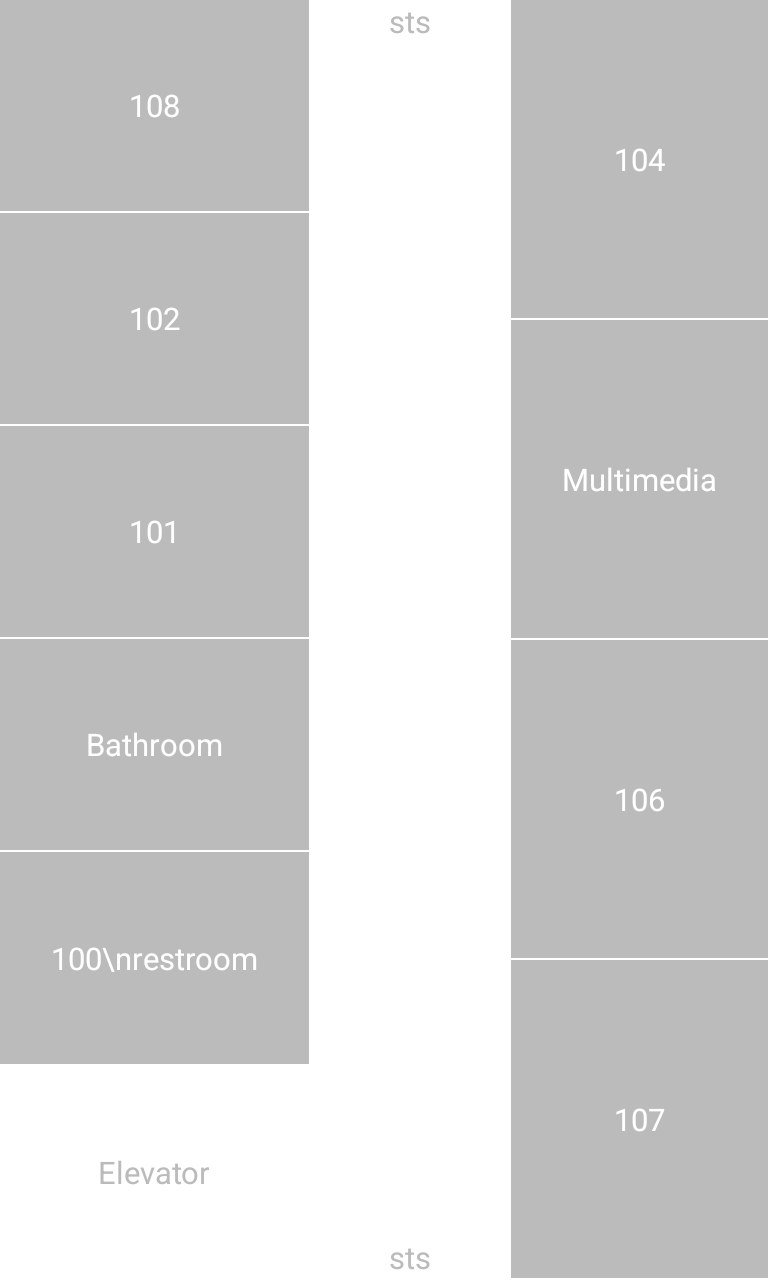
Repository: Choi-HyunWoo/Baddest
Layout: WorkOn_SELLA/workspace/BaddestHansung/res/layout/campus_gonghaka.xml
These files come from the project's save history. The layout is drawn as it stood at one moment and after the next save; the edit follows.
It is drawn on a 768 x 1280 px phone screen (xhdpi) without system bars, with theme android:Theme.Light.NoTitleBar; the app's code is not run.

Above is the layout before, as saved 2014-05-29 12:04:09.

After the next save:
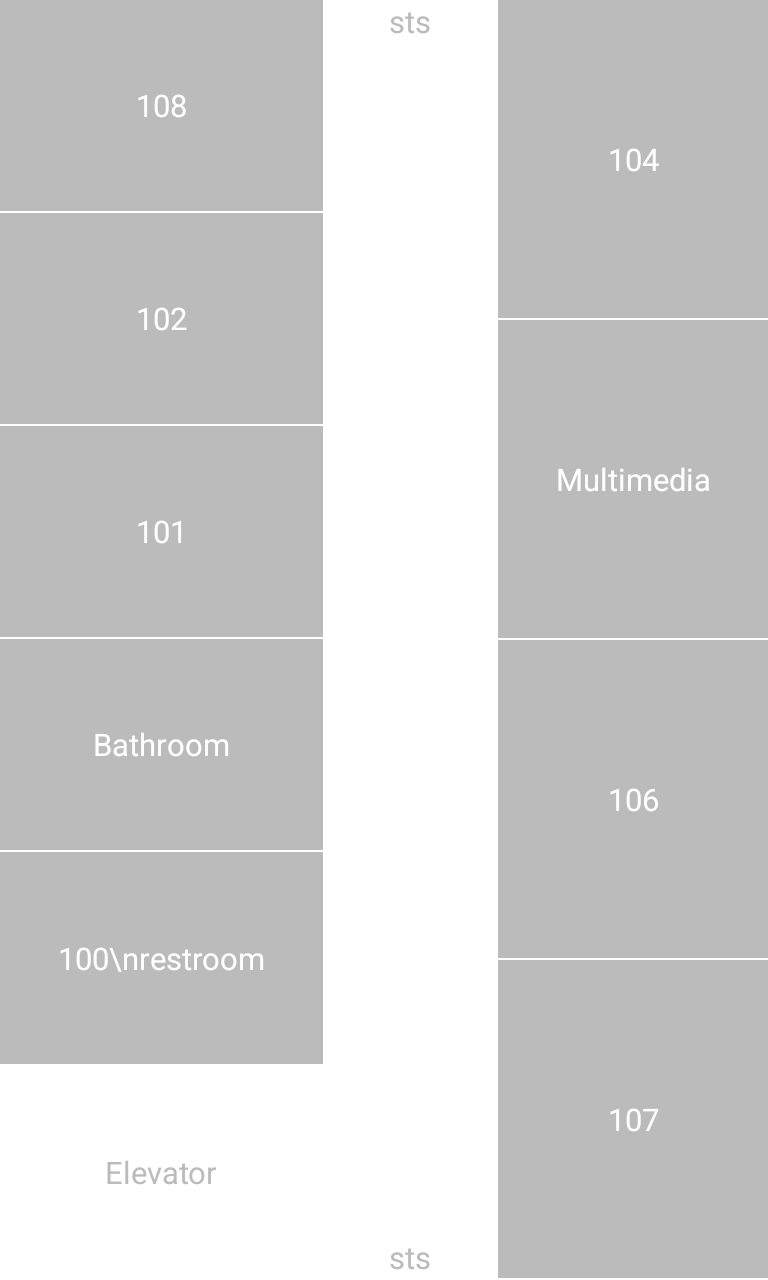
Saved 9 s later.
--- a/WorkOn_SELLA/workspace/BaddestHansung/res/layout/campus_gonghaka.xml
+++ b/WorkOn_SELLA/workspace/BaddestHansung/res/layout/campus_gonghaka.xml
@@ -31,7 +31,7 @@
     </LinearLayout>
 
     <RelativeLayout
-    	android:layout_width="50dp"
+    	android:layout_width="30dp"
         android:layout_height="match_parent"
         android:layout_weight="1"
         android:orientation="vertical" >
